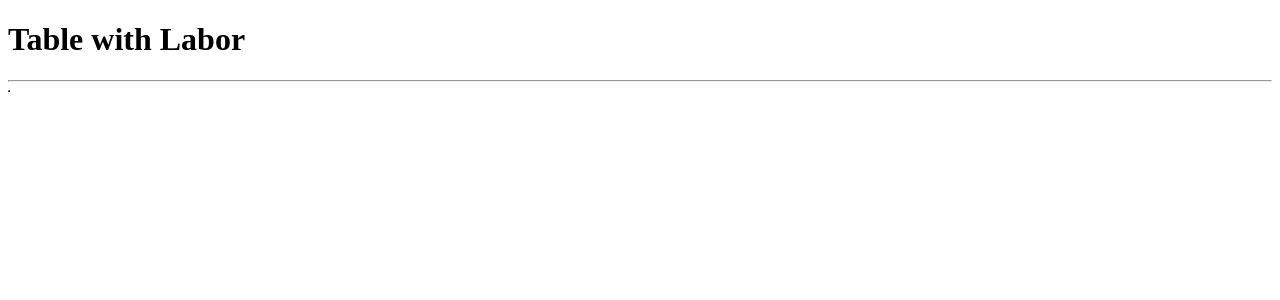
Repository: zxcvne/1400_web_nhs
Page: http://localhost/web/04_script_test.jsp
The author's editor kept a copy of each file at every save. The page is drawn from the files as they stood at one save, then again after the next save.
The browser window is 1280 px wide. The pictures show the whole page.
The page is served by Tomcat 10. Other server files are loaded and not shown.

Above is the page before, as saved 2025-10-25 08:25:20.

### 05_jsp/src/web/src/main/webapp/04_script_test.jsp
<%@ page language="java" contentType="text/html; charset=UTF-8"
    pageEncoding="UTF-8"%>
<!DOCTYPE html>
<html>
<head>
<meta charset="UTF-8">
<title>Script Tag</title>
</head>
<body>
	<h1>Table with Labor</h1>
	<hr>
	<table border="1"></table>
</body>
</html>

After the next save:
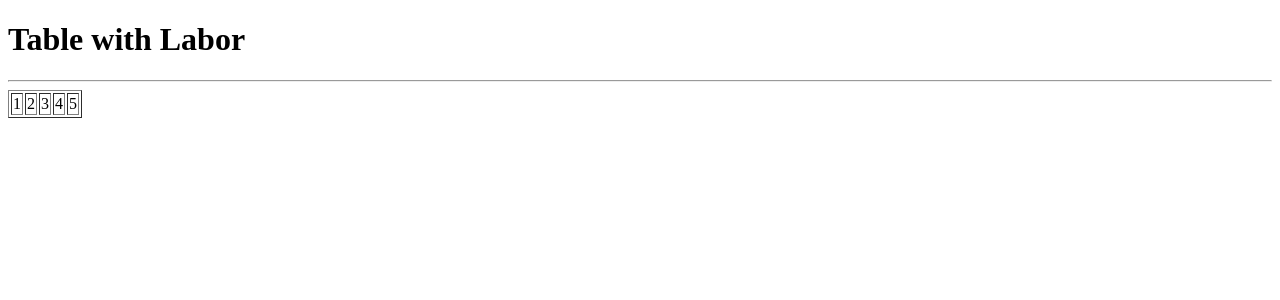
Saved 41 s later.
--- a/05_jsp/src/web/src/main/webapp/04_script_test.jsp
+++ b/05_jsp/src/web/src/main/webapp/04_script_test.jsp
@@ -9,6 +9,14 @@
 <body>
 	<h1>Table with Labor</h1>
 	<hr>
-	<table border="1"></table>
+	<table border="1">
+		<tr>
+		<td>1</td>
+		<td>2</td>
+		<td>3</td>
+		<td>4</td>
+		<td>5</td>
+		</tr>
+	</table>
 </body>
 </html>
